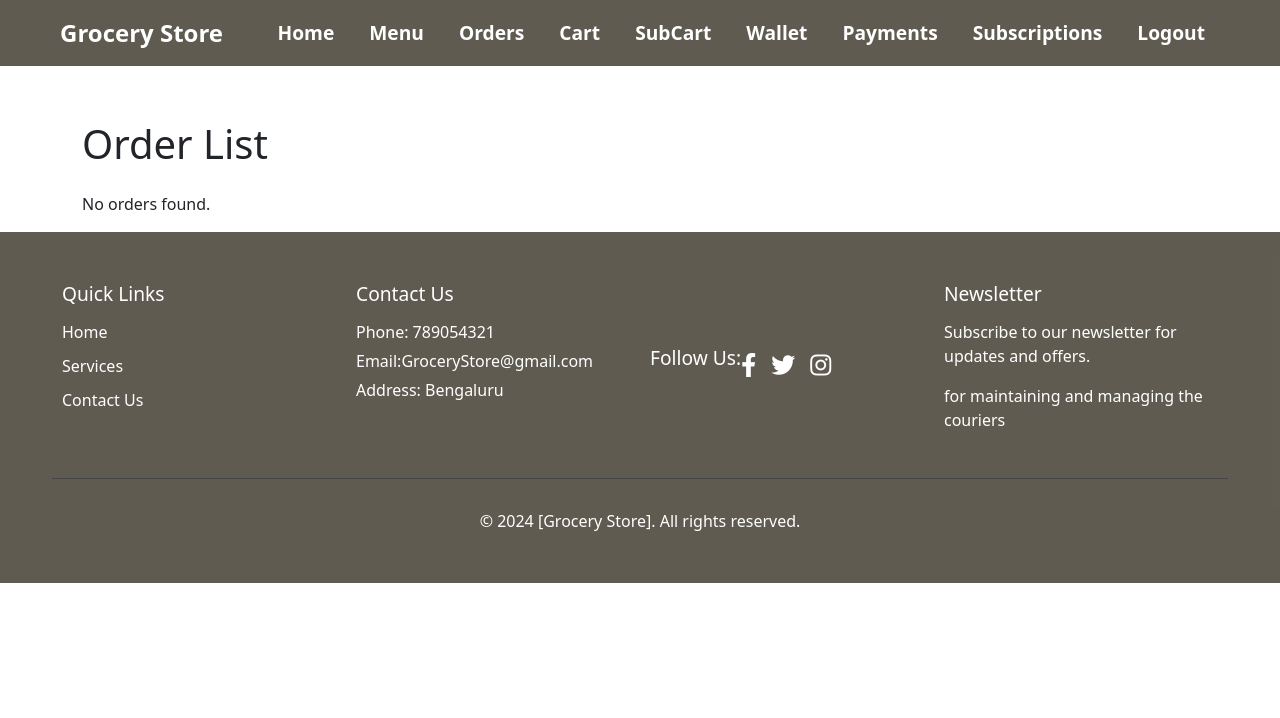
Repository: NagaMounikaY/GroceriesSubscriptionBookingManagement
Page: http://localhost/GroceriesSubBookingSystem/WEB-INF/views/orderList.jsp
These files come from the project's save history. The page is drawn as it stood at one moment and after the next save; the edit follows.
The browser window is 1280 px wide. The pictures show the whole page.
The page is served by Tomcat 9. Nobody is signed in. Other server files are loaded and not shown. The template is opened directly, without the code that normally fills it, so the values that code supplies are empty.

Above is the page before, as saved 2024-09-13 11:29:03.

### GroceriesSubBookingSystem/src/main/webapp/WEB-INF/views/orderList.jsp
<%@ page language="java" contentType="text/html; charset=ISO-8859-1"
    pageEncoding="ISO-8859-1" isELIgnored="false"%>
<%@ taglib uri="http://java.sun.com/jsp/jstl/core" prefix="c" %>
<!DOCTYPE html>
<html>
<head>
    <meta charset="UTF-8">
    <meta name="viewport" content="width=device-width, initial-scale=1.0">
    <title>Order List</title>
    <link rel="stylesheet" href="https://stackpath.bootstrapcdn.com/bootstrap/4.5.2/css/bootstrap.min.css">
</head>
<body>
<!-- Conditionally Render Header -->
    <c:choose>
        <c:when test="${sessionScope.userRole eq 'Seller'}">
            <!-- Seller Header -->
            <jsp:include page="/sellerHeader.jsp"></jsp:include>
        </c:when>
        <c:otherwise>
            <!-- Customer Header -->
            <jsp:include page="/customerHeader.jsp"></jsp:include>
        </c:otherwise>
    </c:choose>
<br><br><br>

    <div class="container mt-5">
        <h1 class="mb-4">Order List</h1>
        <c:if test="${not empty orders}">
            <table class="table table-striped">
                <thead>
                    <tr>
                        <th>Order ID</th>
                        <th>Item</th>
                        <th>User</th>
                        <th>Total Amount</th>
                        <th>Status</th>
                        <th>Order Date</th>
                        <th>Action</th>

                    </tr>
                </thead>
                <tbody>
                    <c:forEach var="order" items="${orders}">
                        <tr>
                            <td>${order.order_id}</td>
                            <td>${order.grocery.groceryName}</td>
                            <td>${order.users.user_Name}</td>
                            <td>${order.totalAmount}</td>
                            <td>${order.orderStatus}</td>
                            <td>${order.order_date}</td>
                            <td>
                                <form action="${pageContext.request.contextPath}/orders/updateStatus" method="post" class="form-inline">
                                    <input type="hidden" name="order_id" value="${order.order_id}">
                                    <select name="orderStatus" class="form-control mr-2">
                                    <c:choose>
                                            <c:when test="${sessionScope.userRole eq 'Seller'}">
                                        <option value="Pending" ${order.orderStatus == 'Pending' ? 'selected' : ''}>Pending</option>
                                        <option value="Processed" ${order.orderStatus == 'Processed' ? 'selected' : ''}>Processed</option>
                                        <option value="Shipped" ${order.orderStatus == 'Shipped' ? 'selected' : ''}>Shipped</option>
                                        <option value="Delivered" ${order.orderStatus == 'Delivered' ? 'selected' : ''}>Delivered</option>
                                        </c:when>
                                        <c:otherwise>
                                        <option value="Cancelled" ${order.orderStatus == 'Cancelled' ? 'selected' : ''}>Cancelled</option>
                                        </c:otherwise></c:choose>
                                    </select>
                                    <button type="submit" class="btn btn-primary">Update</button>
                                </form>
                            </td>
                        </tr>
                    </c:forEach>
                </tbody>
            </table>
        </c:if>
        <c:if test="${empty orders}">
            <p>No orders found.</p>
        </c:if>
    </div>
    <script src="https://code.jquery.com/jquery-3.5.1.slim.min.js"></script>
    <script src="https://cdn.jsdelivr.net/npm/@popperjs/core@2.9.2/dist/umd/popper.min.js"></script>
    <script src="https://stackpath.bootstrapcdn.com/bootstrap/4.5.2/js/bootstrap.min.js"></script>
     <jsp:include page="/footer.jsp"></jsp:include>

     <c:if test="${updateSuccess}">
        <script>
            alert('Order status updated successfully');
        </script>
    </c:if>
</body>
</html>

### GroceriesSubBookingSystem/src/main/webapp/customerHeader.jsp
<%@ page language="java" contentType="text/html; charset=ISO-8859-1"
	pageEncoding="ISO-8859-1" isELIgnored="false"%>
<!DOCTYPE html PUBLIC "-//W3C//DTD HTML 4.01 Transitional//EN" "http://www.w3.org/TR/html4/loose.dtd">
<html>
<head>
<meta http-equiv="Content-Type" content="text/html; charset=ISO-8859-1">
<title>Courier Booking System</title>
<link
	href="https://stackpath.bootstrapcdn.com/bootstrap/5.3.0/css/bootstrap.min.css"
	rel="stylesheet">
<link rel="stylesheet"
	href="https://cdnjs.cloudflare.com/ajax/libs/font-awesome/4.7.0/css/font-awesome.min.css">
<style>
/* Header */
header {
	background: rgba(56, 51, 37, 0.8);
	color: #fff;
	padding: 15px 0;
	position: fixed;
	width: 100%;
	top: 0;
	left: 0;
	z-index: 1000;
}

header .container {
	display: flex;
	justify-content: space-between;
	align-items: center;
	max-width: 1200px;
	margin: 0 auto;
	padding: 0 20px;
}

header .logo {
	font-size: 1.5em; /* Increased size for the logo */
	font-weight: bold;
}

header nav {
	flex-grow: 1;
}

header nav ul {
	list-style: none;
	display: flex;
	justify-content: flex-end;
	margin: 0;
	padding: 0;
}

header nav ul li {
	margin-left: 05px;
}

header nav ul li a {
	color: #fff;
	text-decoration: none;
	padding: 10px 15px; /* Increased padding for better click area */
	font-size: 1.2em; /* Increased font size for navigation links */
	border-radius: 5px;
}

header nav ul li a:hover {
	background: #dd4545;
}
</style>
</head>
<body>
	<!-- Header -->
	<header>
	<div class="container">
		<div class="logo">Grocery Store</div>
		<nav>
		<ul>
			<li><a href="${pageContext.request.contextPath}/home.jsp"><strong>Home</strong></a></li>
			<li><a href="${pageContext.request.contextPath}/groceries/list"><strong>Menu</strong></a></li>
			<li><a
				href="${pageContext.request.contextPath}/orders/viewOrders"><strong>Orders</strong></a></li>
			<li><a href="${pageContext.request.contextPath}/orders/cart"><strong>Cart</strong></a></li>
			<li><a
				href="${pageContext.request.contextPath}/subscription/subcart"><strong>SubCart</strong></a></li>
			<li><a href="${pageContext.request.contextPath}/wallets/wallet"><strong>Wallet</strong></a></li>
			<li><a href="${pageContext.request.contextPath}/payment/history"><strong>Payments</strong></a></li>
			<li><a
				href="${pageContext.request.contextPath}/subscription/subscriptionlist"><strong>Subscriptions</strong></a></li>
			<li><a href="${pageContext.request.contextPath}/home.jsp"><strong>Logout</strong></a></li>
		</ul>
		</nav>
	</div>
	</header>

	<script src="https://code.jquery.com/jquery-3.5.1.slim.min.js"></script>
	<script
		src="https://cdn.jsdelivr.net/npm/@popperjs/core@2.11.6/dist/umd/popper.min.js"></script>
	<script
		src="https://stackpath.bootstrapcdn.com/bootstrap/5.3.0/js/bootstrap.bundle.min.js"></script>
</body>
</html>

### GroceriesSubBookingSystem/src/main/webapp/footer.jsp
<%@ page language="java" contentType="text/html; charset=ISO-8859-1"
	pageEncoding="ISO-8859-1" isELIgnored="false"%>
<!DOCTYPE html>
<html>
<head>
<meta http-equiv="Content-Type" content="text/html; charset=ISO-8859-1">
<title>Insert title here</title>
<link
	href="https://stackpath.bootstrapcdn.com/bootstrap/5.3.0/css/bootstrap.min.css"
	rel="stylesheet">
<link rel="stylesheet"
	href="https://cdnjs.cloudflare.com/ajax/libs/font-awesome/6.0.0-beta3/css/all.min.css">
<style>
/* Features Section */
.features {
	padding: 60px 20px;
	background: #f9f9f9;
}

.features h2 {
	text-align: center;
	margin-bottom: 40px;
}

.feature-cards {
	display: flex;
	justify-content: space-around;
	flex-wrap: wrap;
}

.feature-card {
	background: #fff;
	border-radius: 8px;
	box-shadow: 0 4px 8px rgba(0, 0, 0, 0.1);
	padding: 20px;
	width: 22%;
	text-align: center;
	margin-bottom: 20px;
}

.feature-card img {
	max-width: 50px;
	margin-bottom: 10px;
}

.feature-card h3 {
	margin: 10px 0;
	font-size: 1.2em;
}

.feature-card p {
	color: #666;
}

/* Footer */
footer {
	background: rgba(56, 51, 37, 0.8);
	color: #fff;
	padding: 40px 20px;
}

footer .container {
	max-width: 1200px;
	margin: 0 auto;
}

.footer-top {
	display: flex;
	justify-content: space-between;
	flex-wrap: wrap;
	margin-bottom: 20px;
}

.footer-top div {
	flex: 1;
	margin: 10px;
}

.footer-top h3 {
	margin-bottom: 15px;
	font-size: 1.2em;
}

.footer-top ul {
	list-style: none;
	padding: 0;
}

.footer-top ul li {
	margin-bottom: 10px;
}

.footer-top ul li a {
	color: #fff;
	text-decoration: none;
}

.footer-top ul li a:hover {
	text-decoration: underline;
}

.footer-contact p, .footer-social a {
	margin: 5px 0;
}

.footer-social {
	display: flex;
	align-items: center;
}

.footer-social a {
	color: #fff;
	text-decoration: none;
	margin-right: 15px;
	font-size: 1.5em;
}

.footer-social a:hover {
	text-decoration: underline;
}

.footer-newsletter form {
	display: flex;
	justify-content: center;
	margin-top: 10px;
}

.footer-newsletter input {
	padding: 10px;
	border-radius: 5px;
	border: none;
	width: 250px;
	margin-right: 10px;
}

.footer-newsletter button {
	padding: 10px 20px;
	border-radius: 5px;
	border: none;
	background: #007BFF;
	color: #fff;
	font-weight: bold;
	cursor: pointer;
}

.footer-bottom {
	text-align: center;
	padding-top: 20px;
	border-top: 1px solid #444;
}

.footer-bottom p {
	margin: 10px 0;
}
</style>
</head>
<body>
	<!-- Footer -->
	<footer>
		<div class="container">
			<div class="footer-top">
				<div class="footer-links">
					<h3>Quick Links</h3>
					<ul>
						<li><a href="${pageContext.request.contextPath}/home.jsp">Home</a></li>
						<li><a href="${pageContext.request.contextPath}/services.jsp">Services</a></li>
						<li><a href="${pageContext.request.contextPath}/contact.jsp">Contact
								Us</a></li>
					</ul>
				</div>
				<div class="footer-contact">
					<h3>Contact Us</h3>
					<p>Phone: 789054321</p>
					<p>Email:GroceryStore@gmail.com</p>
					<p>Address: Bengaluru</p>
				</div>
				<div class="footer-social">
					<h3>Follow Us:</h3>
					<br> <br> <a href="" class="fab fa-facebook-f"></a> <a
						href="#" class="fab fa-twitter"></a> <a href="#"
						class="fab fa-instagram"></a>
				</div>
				<div class="footer-newsletter">
					<h3>Newsletter</h3>
					<p>Subscribe to our newsletter for updates and offers.</p>
					<p>for maintaining and managing the couriers</p>
				</div>
			</div>
			<div class="footer-bottom">
				<p>&copy; 2024 [Grocery Store]. All rights reserved.</p>
			</div>
		</div>
	</footer>
	<!-- Footer -->
</body>
</html>

After the next save:
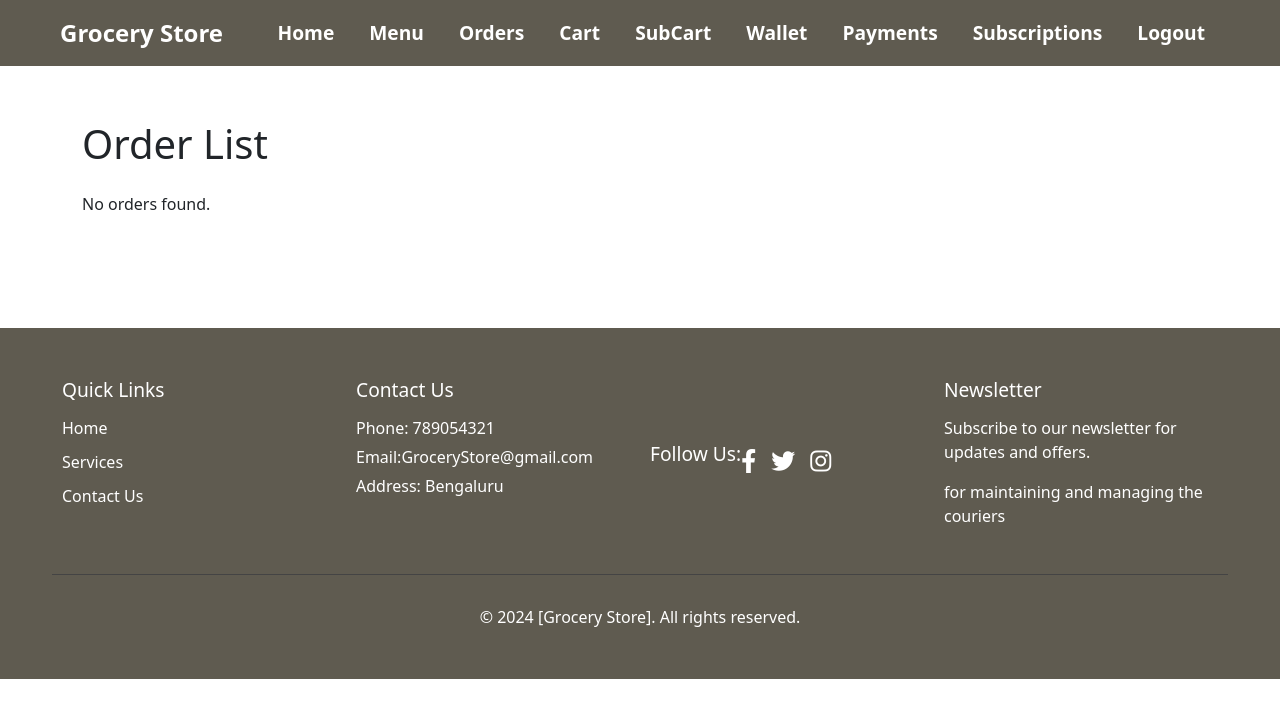
Saved 48 s later.
--- a/GroceriesSubBookingSystem/src/main/webapp/WEB-INF/views/orderList.jsp
+++ b/GroceriesSubBookingSystem/src/main/webapp/WEB-INF/views/orderList.jsp
@@ -78,6 +78,7 @@
     <script src="https://code.jquery.com/jquery-3.5.1.slim.min.js"></script>
     <script src="https://cdn.jsdelivr.net/npm/@popperjs/core@2.9.2/dist/umd/popper.min.js"></script>
     <script src="https://stackpath.bootstrapcdn.com/bootstrap/4.5.2/js/bootstrap.min.js"></script>
+    <br><br><br><br>
      <jsp:include page="/footer.jsp"></jsp:include>
 
      <c:if test="${updateSuccess}">
